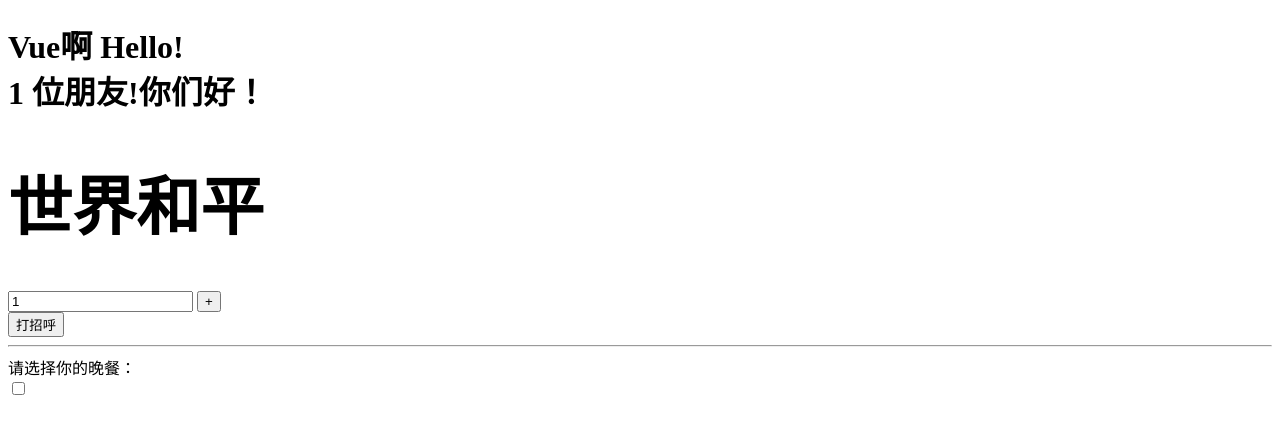
Repository: SOROoi/Web_front-end
Page: Web01_Vue/src/main/webapp/index.html
An editor plug-in stored every save of this project. The page is shown before and after the next save, followed by the edit.
The browser window is 1280 px wide. The pictures show the whole page.

Above is the page before, as saved 2020-07-11 09:02:02.

### Web01_Vue/src/main/webapp/index.html
<!DOCTYPE html>
<html>
<head>
<meta charset="UTF-8">
<title>Insert title here</title>
<script src="js/vue.js"></script>

</head>
<body>
	<div id="app">
		<h1>
			<span v-text="name"></span> Hello! <br> {{num}} 位朋友!{{message}}<br> <span v-html="word"></span>
		</h1>
		<input type="text" v-model="num" @click="num++">
		<button @click="num++">+</button>
		<br>
		<button @click="sayhi('大家都好！')">打招呼</button>
		<hr>
		请选择你的晚餐：<br>
		<input type="checkbox" value="">
	</div>
</body>

<script>
	new Vue({
		el : "#app",
		data : {
			name : "Vue啊",
			num : 1,
			message : "你们好！",
			word : "<h1>世界和平</h1>",

		},
		methods : {
			sayhi : function(msg) {
				this.message = msg;
			}
		},
		created : function() {
			console.log("Vue实例创建了");
		},
	});
</script>
</html>

Loaded but not shown: Web01_Vue/src/main/webapp/js/vue.js (library)

After the next save:
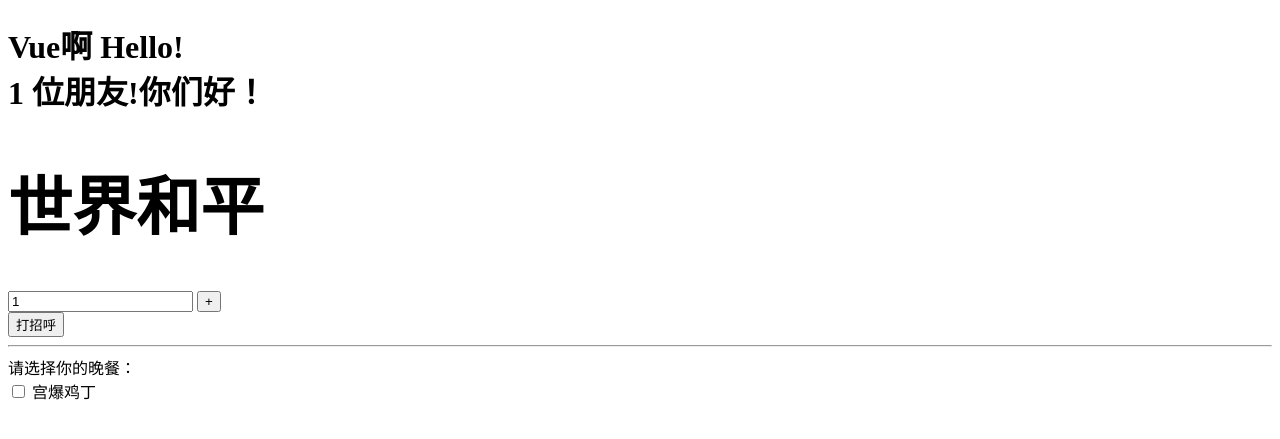
Saved 2 min 20 s later.
--- a/Web01_Vue/src/main/webapp/index.html
+++ b/Web01_Vue/src/main/webapp/index.html
@@ -9,15 +9,14 @@
 <body>
 	<div id="app">
 		<h1>
-			<span v-text="name"></span> Hello! <br> {{num}} 位朋友!{{message}}<br> <span v-html="word"></span>
+			<span v-text="name"></span> Hello! <br> {{num}} 位朋友!{{message}} <br> <span v-html="word"></span>
 		</h1>
 		<input type="text" v-model="num" @click="num++">
 		<button @click="num++">+</button>
 		<br>
 		<button @click="sayhi('大家都好！')">打招呼</button>
 		<hr>
-		请选择你的晚餐：<br>
-		<input type="checkbox" value="">
+		请选择你的晚餐： <br> <input type="checkbox" value="宫爆鸡丁"> 宫爆鸡丁
 	</div>
 </body>
 
